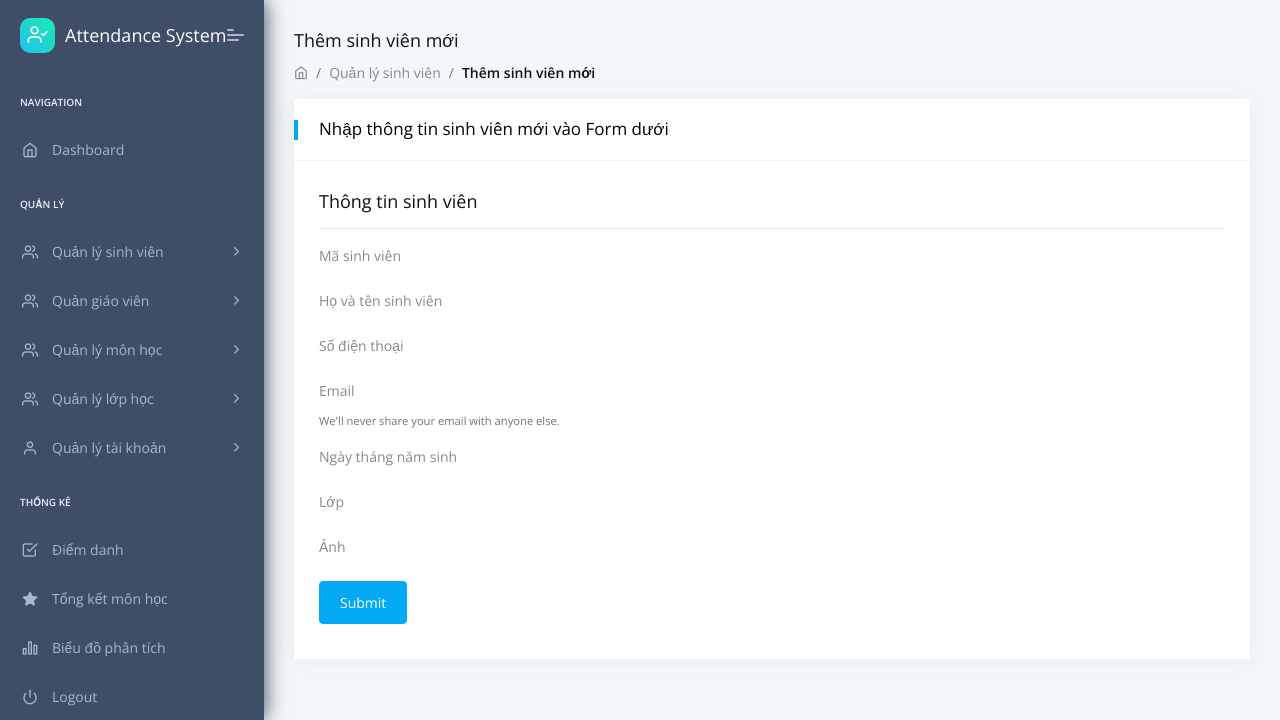
Repository: nguyen-tien-tai12112001/Python_Face_Recognition_Attendance
Page: apps/templates/home/add-student.html
These files come from the project's save history. The page is drawn as it stood at one moment and after the next save; the edit follows.
The browser window is 1280 px wide. The pictures show the whole page.
The template is drawn by Flask 3. The application's start-up code is not run. The template is opened directly, without the code that normally fills it, so the values that code supplies are empty.

Above is the page before, as saved 2022-02-28 14:52:23.

After the next save:
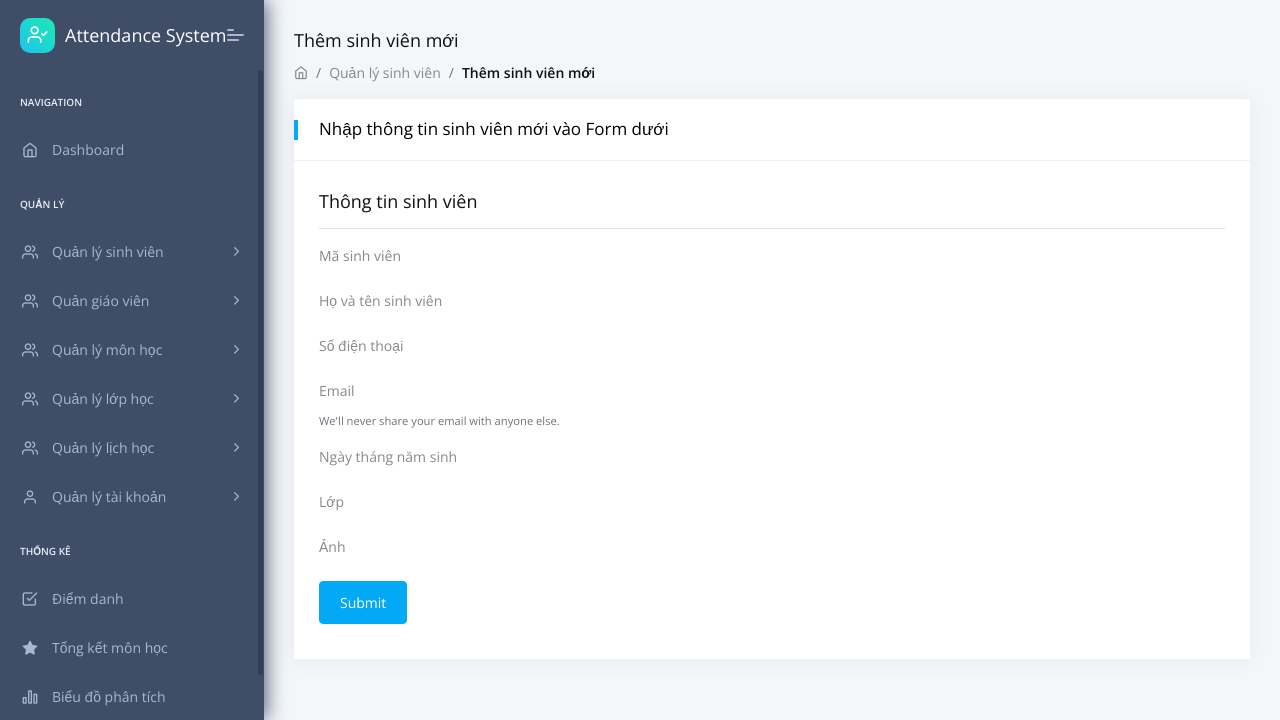
Saved 45 s later.
--- a/apps/templates/includes/sidebar-admin.html
+++ b/apps/templates/includes/sidebar-admin.html
@@ -58,6 +58,15 @@
                         </ul>
                     </li>
 
+                    <li data-username="" class="nav-item pcoded-hasmenu">
+                        <a href="javascript:" class="nav-link "><span class="pcoded-micon"><i class="feather icon-users"></i></span><span class="pcoded-mtext">Quản lý lịch học</span></a>
+                        <ul class="pcoded-submenu">
+                            <li class=""><a href="/list-class.html" class="">Danh sách lịch học</a></li>
+                            <li class=""><a href="/add-class.html" class="">Tạo lớp</a></li>
+
+                        </ul>
+                    </li>
+
 
 
 
